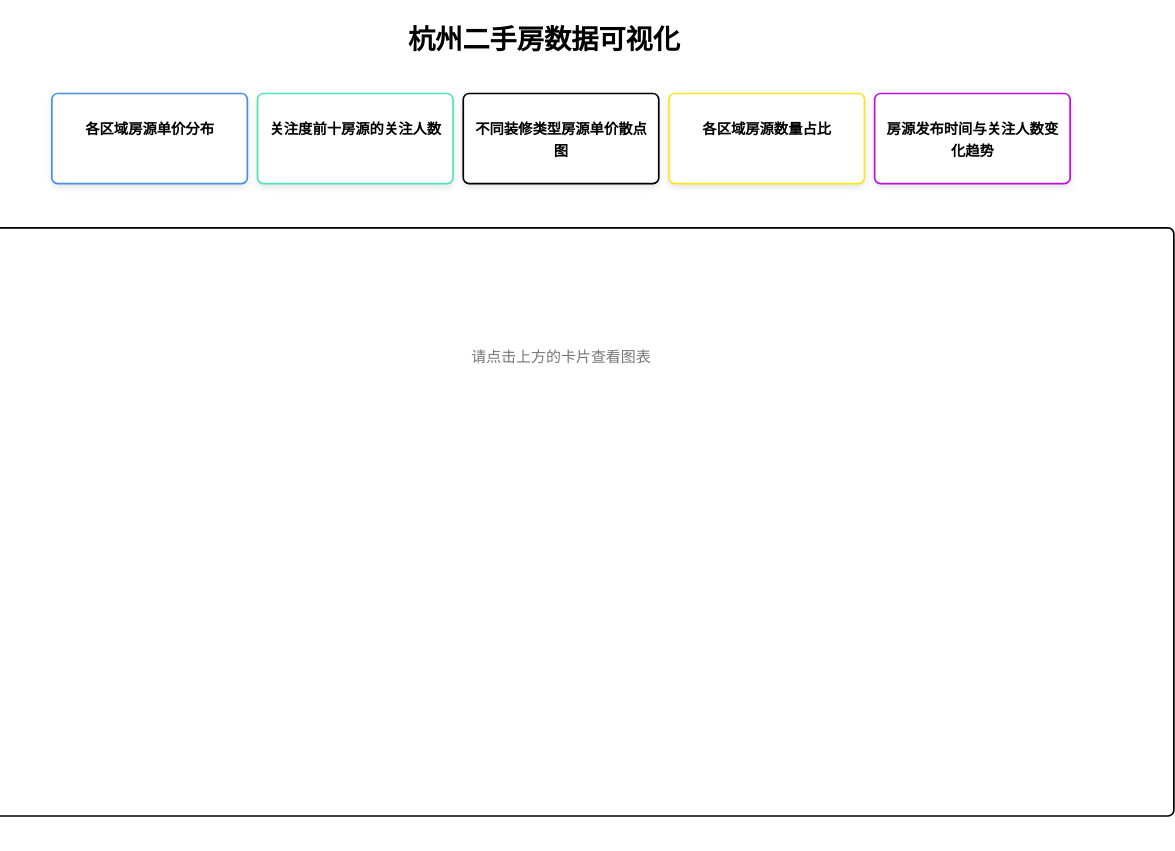
Repository: sakimi-9/DPV-SHP_HangZhou
Page: / (app in rendering/)
These files come from the project's save history. The page is drawn as it stood at one moment and after the next save; the edit follows.
The browser window is 1280 px wide. The page is 1382 px wide, then 1312 px, so the pictures cover 1382 px, including what lies to the right of the window. The pictures show the whole page, at 85% of full size.
The project was rebuilt for these pictures with package versions that can differ from the ones it lists, and the page was loaded fresh each time. Also part of the build but not shown: rendering/vite.config.ts.

Above is the page before, as saved 2025-05-29 11:45:19.

After the next save:
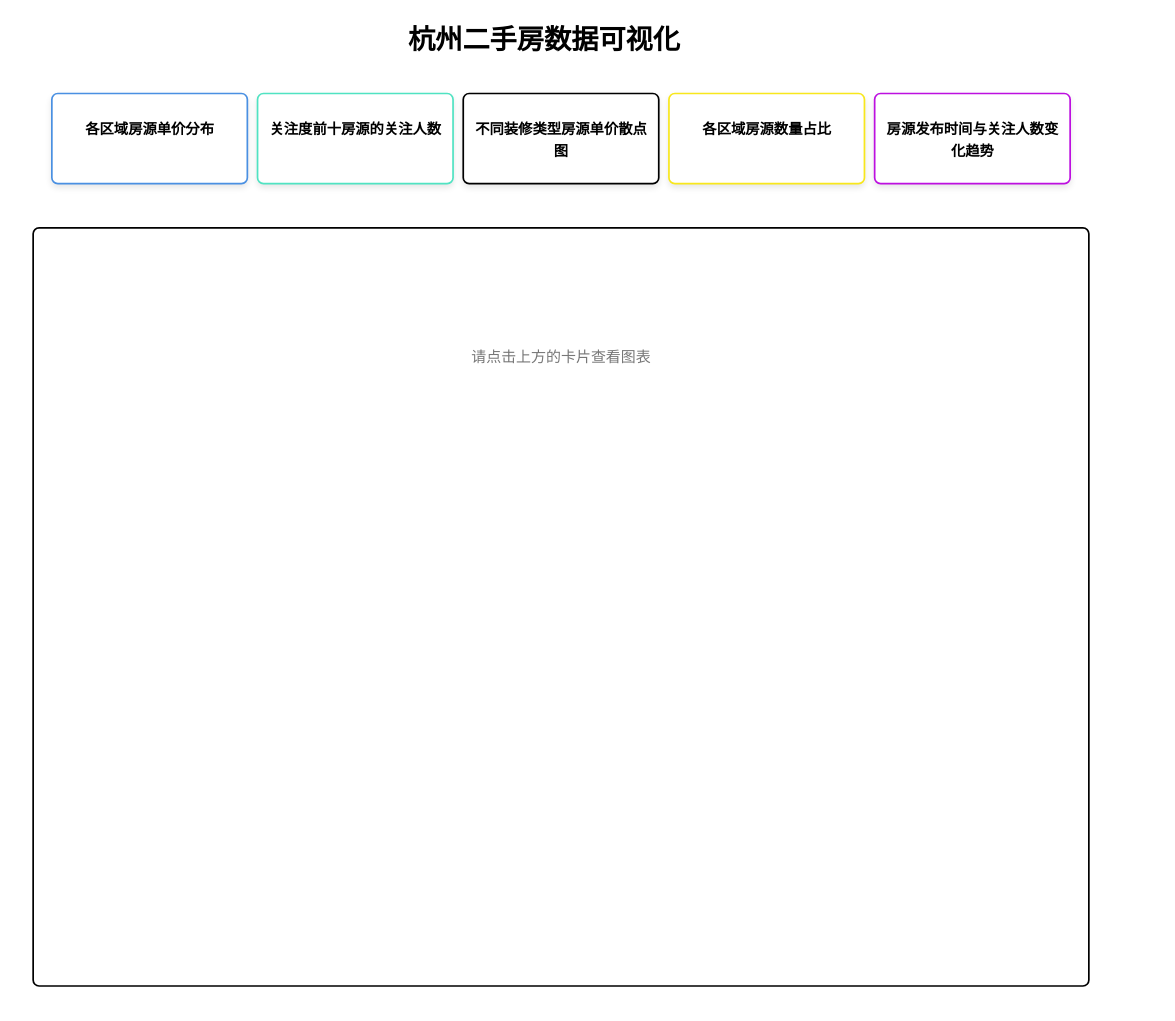
Saved 2 min 39 s later.
--- a/rendering/src/components/HouseCharts.vue
+++ b/rendering/src/components/HouseCharts.vue
@@ -15,7 +15,7 @@
             <div v-if="selectedChartIndex !== null && currentChart" class="selected-chart-content">
                 <h3>{{ currentChart.title }}</h3>
                 <!-- Chart rendering area - always in DOM, content controlled by JS -->
-                <div ref="selectedChartDisplayRef" style="width: 100%; height: 600px;"></div>
+                <div ref="selectedChartDisplayRef" style="width: 100%; height: 800px;"></div>
             </div>
             <div v-else class="placeholder-message">
                 <p>请点击上方的卡片查看图表</p>
@@ -524,13 +524,14 @@ onMounted(() => {
     /* Black border */
     border-radius: 8px;
     padding: 20px;
-    width: 120%;
-    height: 600px;
+    width: 95%;
     max-width: 1400px;
+    /* Keep max width */
     display: flex;
     flex-direction: column;
     align-items: center;
-    min-height: 650px;
+    min-height: 850px;
+    /* Ensure a minimum height for the box, adjusted for larger chart */
     /* Ensure a minimum height for the box */
 }
 
@@ -541,7 +542,8 @@ onMounted(() => {
 
 .chart-display-area>div[ref] {
     width: 100%;
-    height: 600px;
+    height: 800px;
+    /* Increased height for the chart */
     /* Fixed height for the chart */
 }
 
